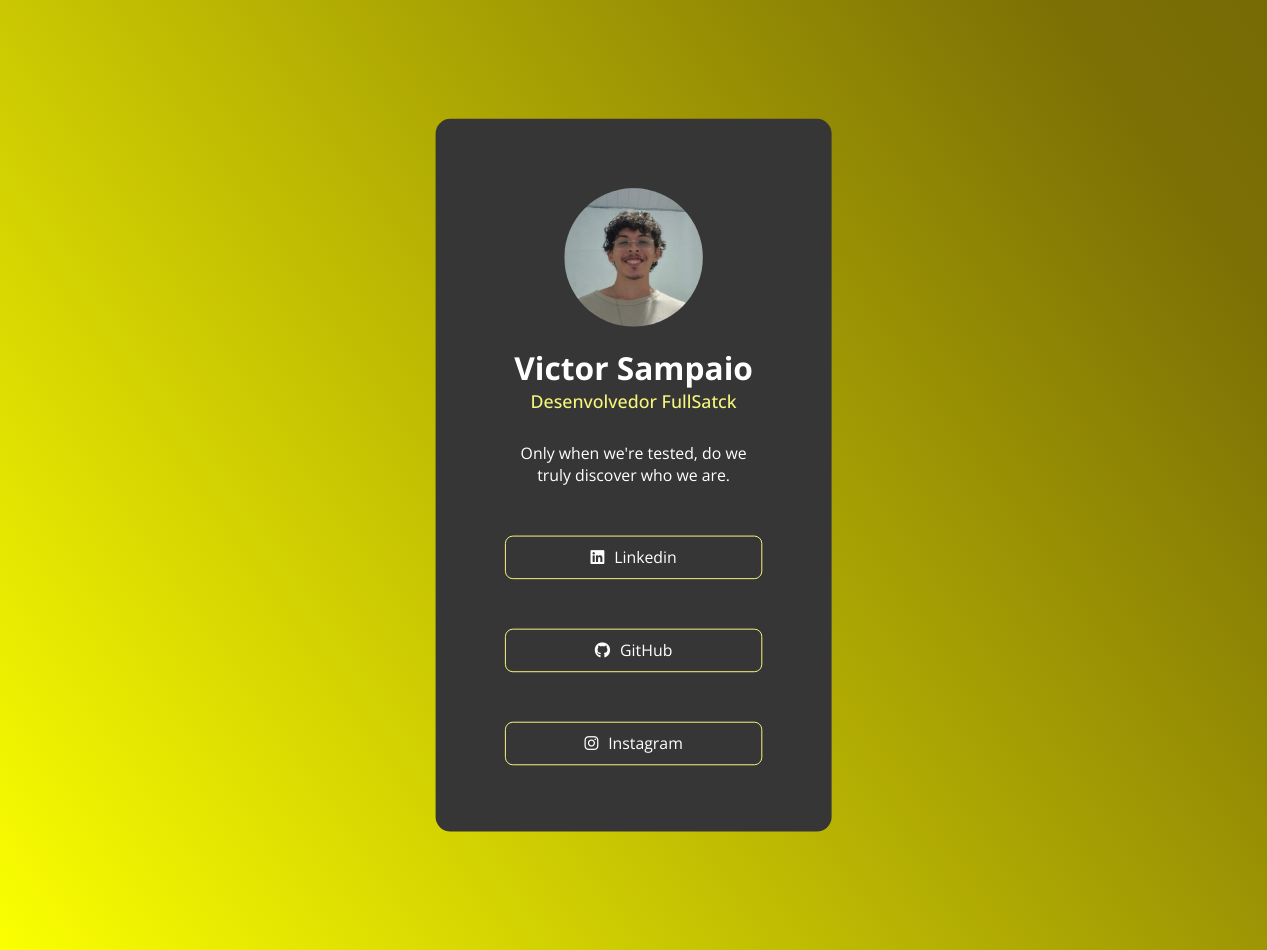
Repository: VictorSampaioDev/linkthree-gt9
Page: index.html
The author's editor kept a copy of each file at every save. The page is drawn from the files as they stood at one save, then again after a run of saves.
The browser window is 1280 px wide. The pictures show the whole page, at 99% of full size.

Above is the page before, as saved 2025-04-11 11:43:34.

After the next 2 saves:
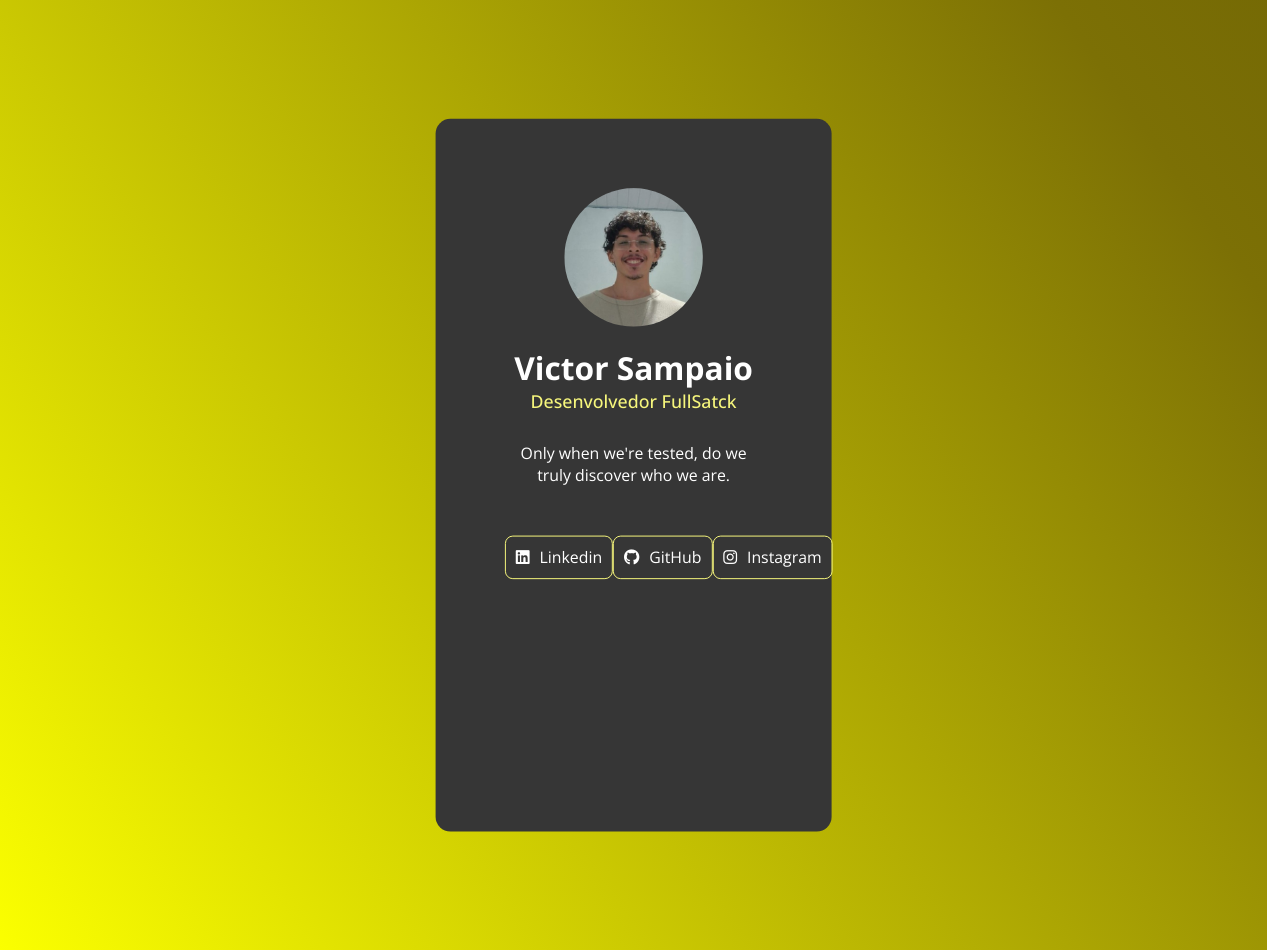
The 2 saves are shown as one change because they came seconds apart.
The last was saved 6 s later.
--- a/style.css
+++ b/style.css
@@ -50,7 +50,7 @@ body{
     color: white;
 }
 .container-social-links ul {
-    disp
+    display: flex;
 }
 .container-social-links li {
     display: flex;
